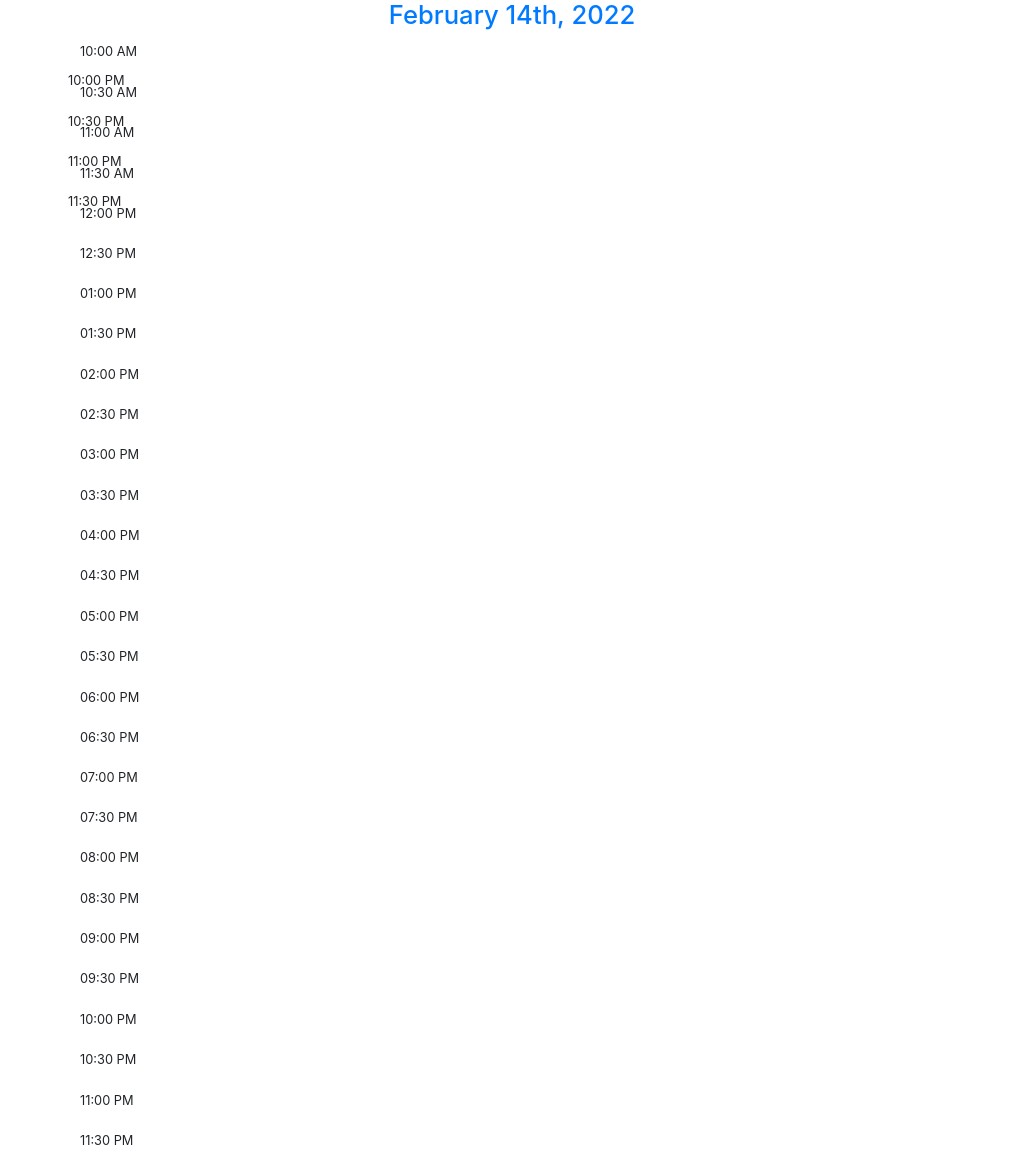
Repository: BaileyLuu/yuHacks2022
Page: public/schedule.html
The author's editor kept a copy of each file at every save. The page is drawn from the files as they stood at one save, then again after the next save.
The browser window is 1280 px wide. The pictures show the whole page, at 80% of full size.
Some web libraries are served in a nearby version.

Above is the page before, as saved 2021-11-20 12:32:50.

### public/schedule.html
<!DOCTYPE html>
<html lang="en">

<head>
    <meta charset="UTF-8">
    <meta http-equiv="X-UA-Compatible" content="IE=edge">
    <meta name="viewport" content="width=device-width, initial-scale=1.0">

    <script src="https://ajax.googleapis.com/ajax/libs/jquery/3.5.1/jquery.min.js"></script>

    <!-- Popper JS -->
    <script src="https://cdnjs.cloudflare.com/ajax/libs/popper.js/1.12.9/umd/popper.min.js"
        integrity="sha384-ApNbgh9B+Y1QKtv3Rn7W3mgPxhU9K/ScQsAP7hUibX39j7fakFPskvXusvfa0b4Q"
        crossorigin="anonymous"></script>

    <!-- Latest compiled JavaScript -->
    <script src="https://maxcdn.bootstrapcdn.com/bootstrap/4.0.0/js/bootstrap.min.js"
        integrity="sha384-JZR6Spejh4U02d8jOt6vLEHfe/JQGiRRSQQxSfFWpi1MquVdAyjUar5+76PVCmYl"
        crossorigin="anonymous"></script>

    <!-- Latest compiled and minified CSS -->
    <link rel="stylesheet" href="https://maxcdn.bootstrapcdn.com/bootstrap/4.0.0/css/bootstrap.min.css"
        integrity="sha384-Gn5384xqQ1aoWXA+058RXPxPg6fy4IWvTNh0E263XmFcJlSAwiGgFAW/dAiS6JXm" crossorigin="anonymous">

    <!-- AOS CSS Library CDN -->
    <link href="https://unpkg.com/aos@2.3.1/dist/aos.css" rel="stylesheet">
    <!-- Bootstrap Icons -->
    <link rel="stylesheet" href="https://cdn.jsdelivr.net/npm/bootstrap-icons@1.7.0/font/bootstrap-icons.css">



    <script src="https://code.jquery.com/jquery-3.2.1.slim.min.js"
        integrity="sha384-KJ3o2DKtIkvYIK3UENzmM7KCkRr/rE9/Qpg6aAZGJwFDMVNA/GpGFF93hXpG5KkN"
        crossorigin="anonymous"></script>
    <link rel="stylesheet" href="./schedule.css">
    <script src="schedule.js"></script>
    <script src="https://ajax.googleapis.com/ajax/libs/jquery/3.3.1/jquery.min.js"></script>
    <title>yuHacks Schedule</title>
</head>

<body>
    <section class="">
        <div class="container">
            <h2 class="text-primary title text-center">February 14th, 2022</h1>

                <!-- <div class="row row-cols-2">
          <div class="col">Column</div>
          <div class="col">Column</div>
          <div class="col">Column</div>
          <div class="col">Column</div>
          <div class="col">Column</div>
          <div class="col">Column</div>

        </div>
        <div class="row row-cols-2">
            <div class="col">Column</div>
            <div class="col">Column</div>
            <div class="col">Column</div>
            <div class="col">Column</div>
            <div class="col">Column</div>
            <div class="col">Column</div>

          </div> -->
                <div class="schedule-table">



                    <div class="col-md-8">
                        <div class="schedule-time">10:00 AM
                            <div class="row">
                                <div class="schedule-time">10:00 PM</div>
                                <div class="schedule-time">10:30 PM</div>
                                <div class="schedule-time">11:00 PM</div>
                                <div class="schedule-time">11:30 PM</div>
                            </div>
                        </div>
                        <div class="schedule-time">10:30 AM</div>
                        <div class="schedule-time">11:00 AM</div>
                        <div class="schedule-time">11:30 AM</div>
                        <div class="schedule-time">12:00 PM</div>
                        <div class="schedule-time">12:30 PM</div>
                        <div class="schedule-time">01:00 PM</div>
                        <div class="schedule-time">01:30 PM</div>
                        <div class="schedule-time">02:00 PM</div>
                        <div class="schedule-time">02:30 PM</div>
                        <div class="schedule-time">03:00 PM</div>
                        <div class="schedule-time">03:30 PM</div>
                        <div class="schedule-time">04:00 PM</div>
                        <div class="schedule-time">04:30 PM</div>
                        <div class="schedule-time">05:00 PM</div>
                        <div class="schedule-time">05:30 PM</div>
                        <div class="schedule-time">06:00 PM</div>
                        <div class="schedule-time">06:30 PM</div>
                        <div class="schedule-time">07:00 PM</div>
                        <div class="schedule-time">07:30 PM</div>
                        <div class="schedule-time">08:00 PM</div>
                        <div class="schedule-time">08:30 PM</div>
                        <div class="schedule-time">09:00 PM</div>
                        <div class="schedule-time">09:30 PM</div>
                        <div class="schedule-time">10:00 PM</div>
                        <div class="schedule-time">10:30 PM</div>
                        <div class="schedule-time">11:00 PM</div>
                        <div class="schedule-time">11:30 PM</div>
                    </div>

                    <!-- <div class="col-md-8">
              <div>Introduction to Github</div>
              <div></div>
              <div>Introduction to Bootstrap</div>
          </div> -->

                </div>
        </div>
    </section>

    <script src="https://cdnjs.cloudflare.com/ajax/libs/jquery/3.6.0/jquery.min.js"
        integrity="sha512-894YE6QWD5I59HgZOGReFYm4dnWc1Qt5NtvYSaNcOP+u1T9qYdvdihz0PPSiiqn/+/3e7Jo4EaG7TubfWGUrMQ=="
        crossorigin="anonymous" referrerpolicy="no-referrer"></script>
    <!-- Option 1: Bootstrap Bundle with Popper -->
    <script src="https://cdn.jsdelivr.net/npm/bootstrap@5.1.3/dist/js/bootstrap.bundle.min.js"
        integrity="sha384-ka7Sk0Gln4gmtz2MlQnikT1wXgYsOg+OMhuP+IlRH9sENBO0LRn5q+8nbTov4+1p"
        crossorigin="anonymous"></script>

    <script src="https://unpkg.com/aos@2.3.1/dist/aos.js"></script>
    <script>
        AOS.init({
            offset: 500,
            duration: 800,
            once: true,
        }

        );
    </script>
</body>

</html>

### public/schedule.css
/* body {
    background-color: #141c3c;
  } */

.schedule-time{
  display:flex;
  flex-direction: column;
  width:20vw;
  height:7vh;
  box-sizing: border-box;
  z-index: 50;
  line-height: 5vh;

}
.schedule-table{
  display:flex;
  flex-direction:column;

}

Loaded but not shown: public/schedule.js (no copy from this time; the picture is the same without it)

After the next save:
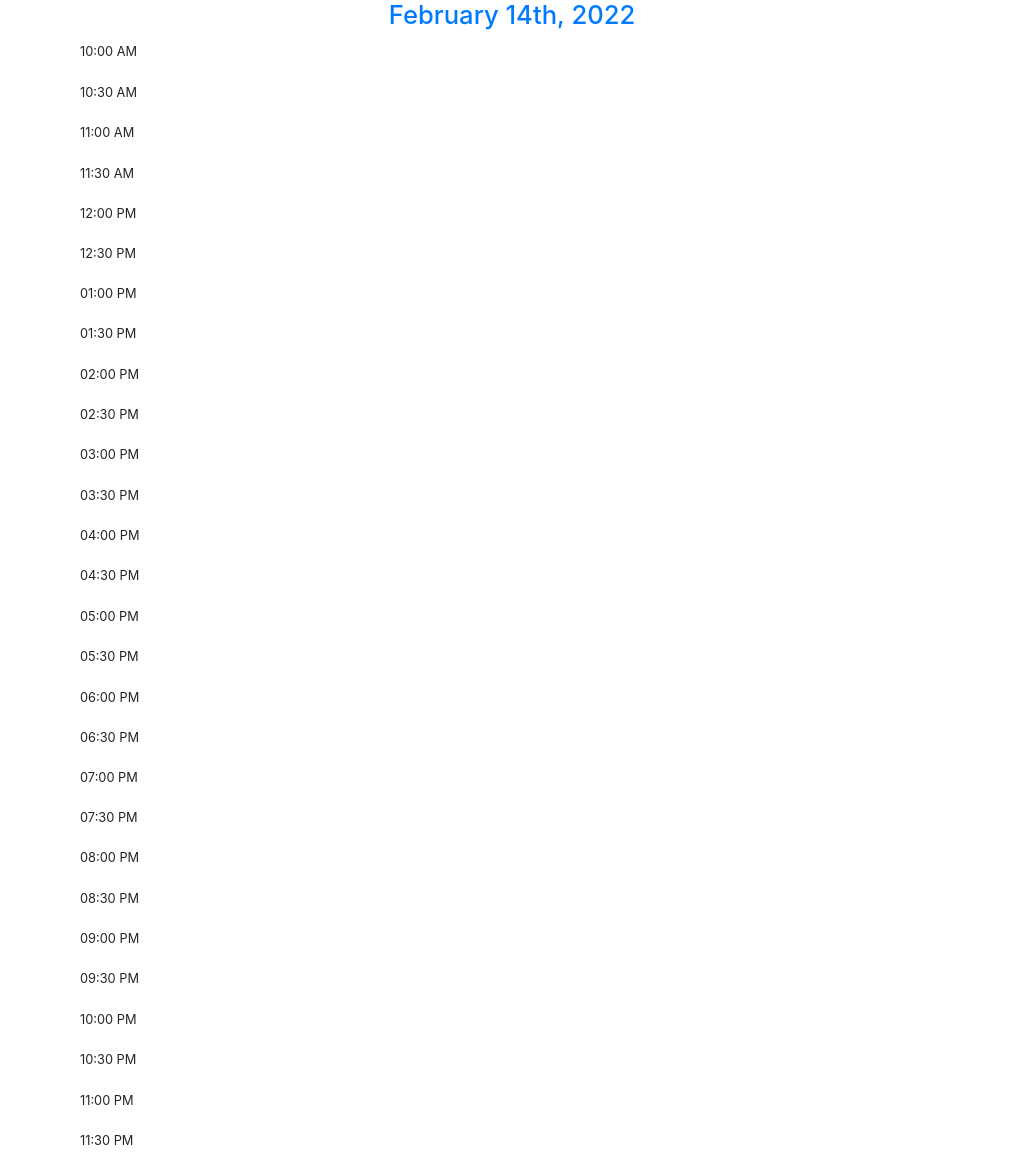
Saved 83 s later.
--- a/public/schedule.html
+++ b/public/schedule.html
@@ -65,15 +65,8 @@
 
 
 
-                    <div class="col-md-8">
-                        <div class="schedule-time">10:00 AM
-                            <div class="row">
-                                <div class="schedule-time">10:00 PM</div>
-                                <div class="schedule-time">10:30 PM</div>
-                                <div class="schedule-time">11:00 PM</div>
-                                <div class="schedule-time">11:30 PM</div>
-                            </div>
-                        </div>
+                    <div class="col-md-8" style="flex-wrap: wrap;">
+                        <div class="schedule-time">10:00 AM</div>
                         <div class="schedule-time">10:30 AM</div>
                         <div class="schedule-time">11:00 AM</div>
                         <div class="schedule-time">11:30 AM</div>
